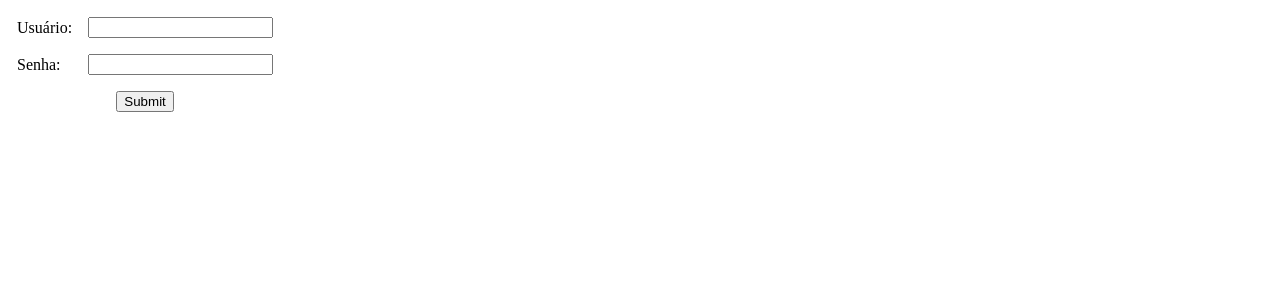
Repository: leonerdy-666/Estudos
Page: http://localhost/JavaWeb/Site.jsp
An editor plug-in stored every save of this project. The page is shown before and after the next save, followed by the edit.
The browser window is 1280 px wide. The pictures show the whole page.
The page is served by Tomcat 9.

Above is the page before, as saved 2023-04-10 23:11:25.

### Udemy/Projeto/JavaWeb/src/main/webapp/Site.jsp
<%@ page language="java" contentType="text/html; charset=ISO-8859-1"
	pageEncoding="ISO-8859-1"%>
<!DOCTYPE html PUBLIC "-//W3C//DTD HTML 4.01 Transitional//EN" "http://www.w3.org/TR/html4/loose.dtd">
<html>
<head>
<meta http-equiv="Content-Type" content="text/html; charset=ISO-8859-1">
<title>Insert title here</title>
</head>
<body>
	<form action="">
		<table cellpadding="7">
			<tr>
				<td>Usuário:</td>
				<td><input type="text" name="txtUsuario" /></td>
			</tr>
			<tr>
				<td>Senha:</td>
				<td><input type="text" name="txtSenha" /></td>
			</tr>
			<tr>
				<td colspan="2" align="center"><input type="submit"></td>
			</tr>
		</table>
	</form>
</body>
</html>

After the next save:
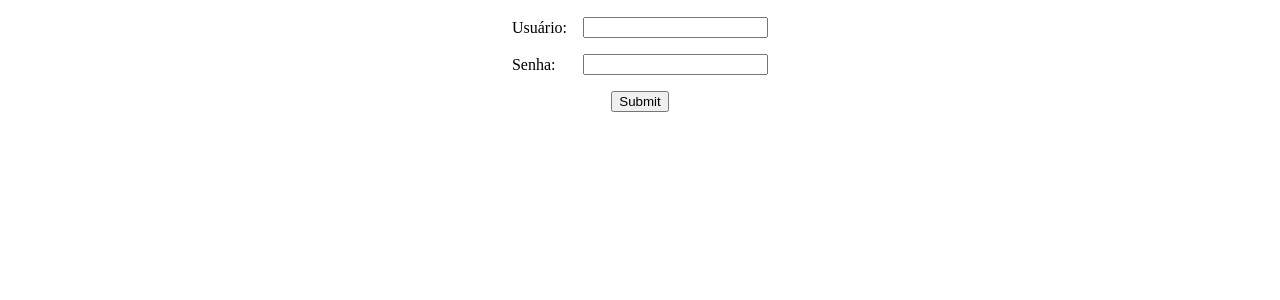
Saved 14 s later.
--- a/Udemy/Projeto/JavaWeb/src/main/webapp/Site.jsp
+++ b/Udemy/Projeto/JavaWeb/src/main/webapp/Site.jsp
@@ -8,7 +8,7 @@
 </head>
 <body>
 	<form action="">
-		<table cellpadding="7">
+		<table cellpadding="7" align="center">
 			<tr>
 				<td>Usuário:</td>
 				<td><input type="text" name="txtUsuario" /></td>
